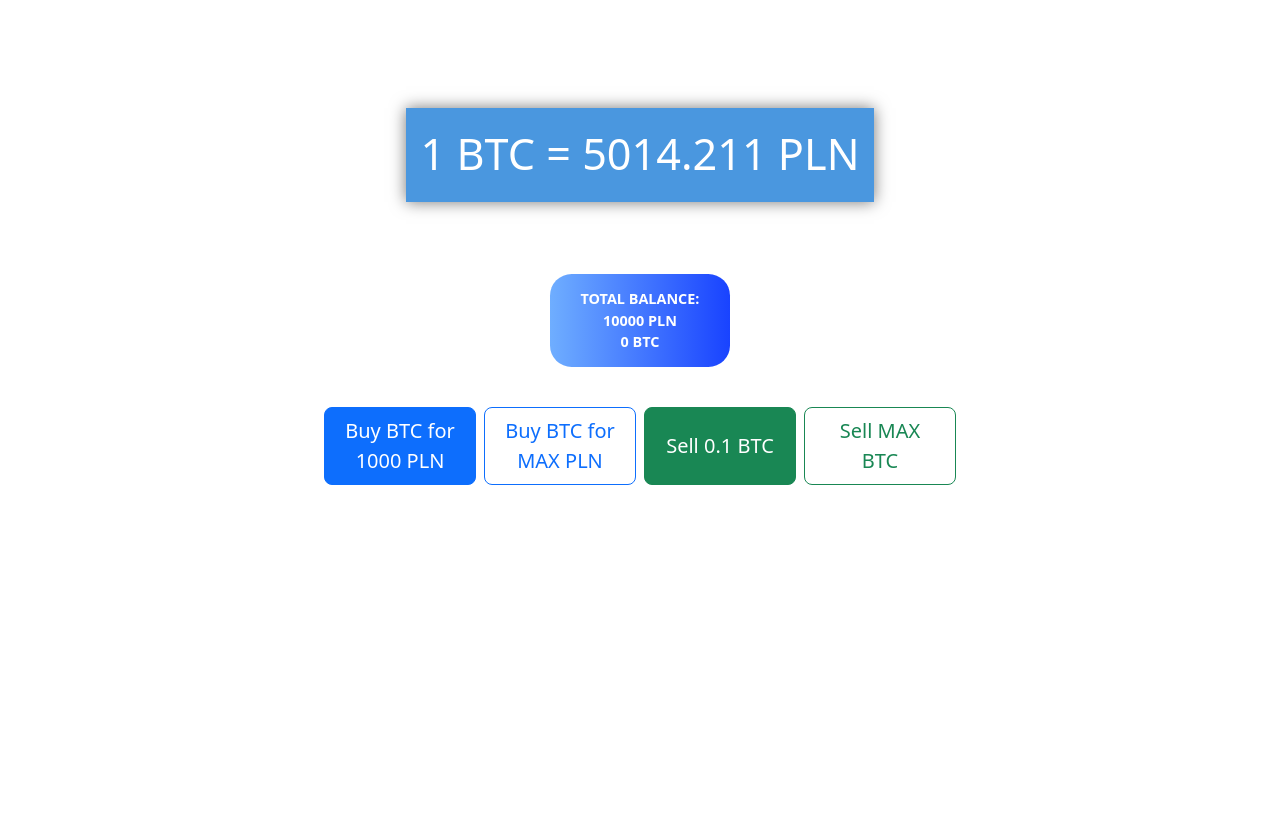
Repository: michalgornicki/bitcoin-virtual
Page: /
These files come from the project's save history. The page is drawn as it stood at one moment and after a run of saves; the edit follows.
The browser window is 1280 px wide. The pictures show the whole page.
The project was rebuilt for these pictures with package versions that can differ from the ones it lists, and the page was loaded fresh each time.

Above is the page before, as saved 2021-12-05 22:56:46.

### src/App.jsx
import React, { useState, useEffect } from "react";
import "./App.css";
import Button from "react-bootstrap/Button";
import "bootstrap/dist/css/bootstrap.min.css";

function App() {
  const [bitcoinPrice, setBitcoinPrice] = useState(5000);
  const [accountPLN, setAccountPLN] = useState(10000);
  const [accountBTC, setAccountBTC] = useState(0);

  const bitcoin = () => {
    let randomNumber = parseFloat((Math.random() * 20 - 10).toFixed(3));
    setBitcoinPrice((bitcoinPrice) =>
      parseFloat((bitcoinPrice + randomNumber).toFixed(3))
    );
    console.log(bitcoinPrice);

    setTimeout(bitcoin, 1000);
  };

  const buyBitcoin = () => {
    if (accountPLN >= 1000) {
      setAccountPLN(accountPLN - 1000);
      setAccountBTC((accountBTC) =>
        parseFloat((accountBTC + 1000 / bitcoinPrice).toFixed(6))
      );
      console.log(accountBTC);
    } else {
      setAccountPLN(0);
      setAccountBTC((accountBTC) =>
        parseFloat((accountBTC + accountPLN / bitcoinPrice).toFixed(6))
      );
    }
  };

  const buyMAXBitcoin = () => {
      setAccountPLN(0);
      setAccountBTC((accountBTC) =>
        parseFloat((accountBTC + accountPLN/bitcoinPrice).toFixed(6))
      );
      console.log(accountBTC);
  };

  const sellBitcoin = () => {
    if (accountBTC >= 0.1) {
      setAccountPLN(parseFloat((accountPLN + bitcoinPrice / 10).toFixed(6)));
      setAccountBTC((accountBTC) => parseFloat((accountBTC - 0.1).toFixed(6)));
      console.log(accountBTC);
    } else {
      setAccountPLN(
        parseFloat((accountPLN + bitcoinPrice * accountBTC).toFixed(6))
      );
      setAccountBTC((accountBTC) => parseFloat((0).toFixed(6)));
    }
  };

  const sellMAXBitcoin = () => {
      setAccountPLN(parseFloat((accountPLN + bitcoinPrice*accountBTC).toFixed(6)));
      setAccountBTC(0);
      console.log(accountBTC);
  };

  useEffect(() => {
    bitcoin();
  }, []);

  return (
    <div className="wrapper">
      <div className="price">1 BTC = {bitcoinPrice} PLN</div>
      <div className="account-container">
        <div className="account">TOTAL BALANCE:</div>
        <div className="account">{accountPLN} PLN</div>
        <div className="account">{accountBTC} BTC</div>
      </div>

      <div className="button-container w-50 m-auto">
        <Button variant="primary m-1 btn-lg w-50" onClick={buyBitcoin}>
          Buy BTC for 1000 PLN
        </Button>
        <Button variant="outline-primary m-1 btn-lg w-50" onClick={buyMAXBitcoin}>
          Buy BTC for MAX PLN
        </Button>
        <Button variant="success m-1 btn-lg w-50" onClick={sellBitcoin}>
          Sell 0.1 BTC
        </Button>
        <Button variant="outline-success m-1 btn-lg w-50" onClick={sellMAXBitcoin}>
          Sell MAX BTC
        </Button>
      </div>
    </div>
  );
}

export default App;

### src/App.css

body{
    font-family:'Segoe UI', Tahoma, Geneva, Verdana, sans-serif;
    user-select: none;
}

.wrapper{
    height: 100vh;
    display: block;
    margin: auto;
}

.price{
    font-size: 6vmin;
    display: block;
    margin: auto;
    margin-top: 15vmin;
    padding: 2vmin;
    text-align: center;
    width: fit-content;
    color: rgb(255, 255, 255);
    background-color: rgb(74, 151, 223);
    box-shadow: 0px 0px 15px rgb(119, 119, 119);
}

.account-container{
    display: block;
    margin: auto;
    margin-top: 10vmin;
    margin-bottom: 5vmin;
    background: linear-gradient(to left, rgb(25, 67, 255), rgb(111, 174, 255));
    color: white;
    padding: 2vmin;
    border-radius: 3vmin;
    width: 14%;
}

.account{
    font-size: 2vmin;
    font-weight: 600;
    display: block;
    margin: auto;
    text-align: center;
}

.button-container{
    display: flex;
    justify-content: center;
}

.button{
    height: 10vmin;
    width: 10vmin;
    background-color: green;
    color: white;
    text-align: center;
    display: block;
    margin: 2vmin;
    margin-top: 10vmin;
    cursor: pointer;
}

Loaded but not shown: public/index.html (common file); src/index.js (common file); src/index.css (common file); src/reportWebVitals.js (common file)

After the next 4 saves:
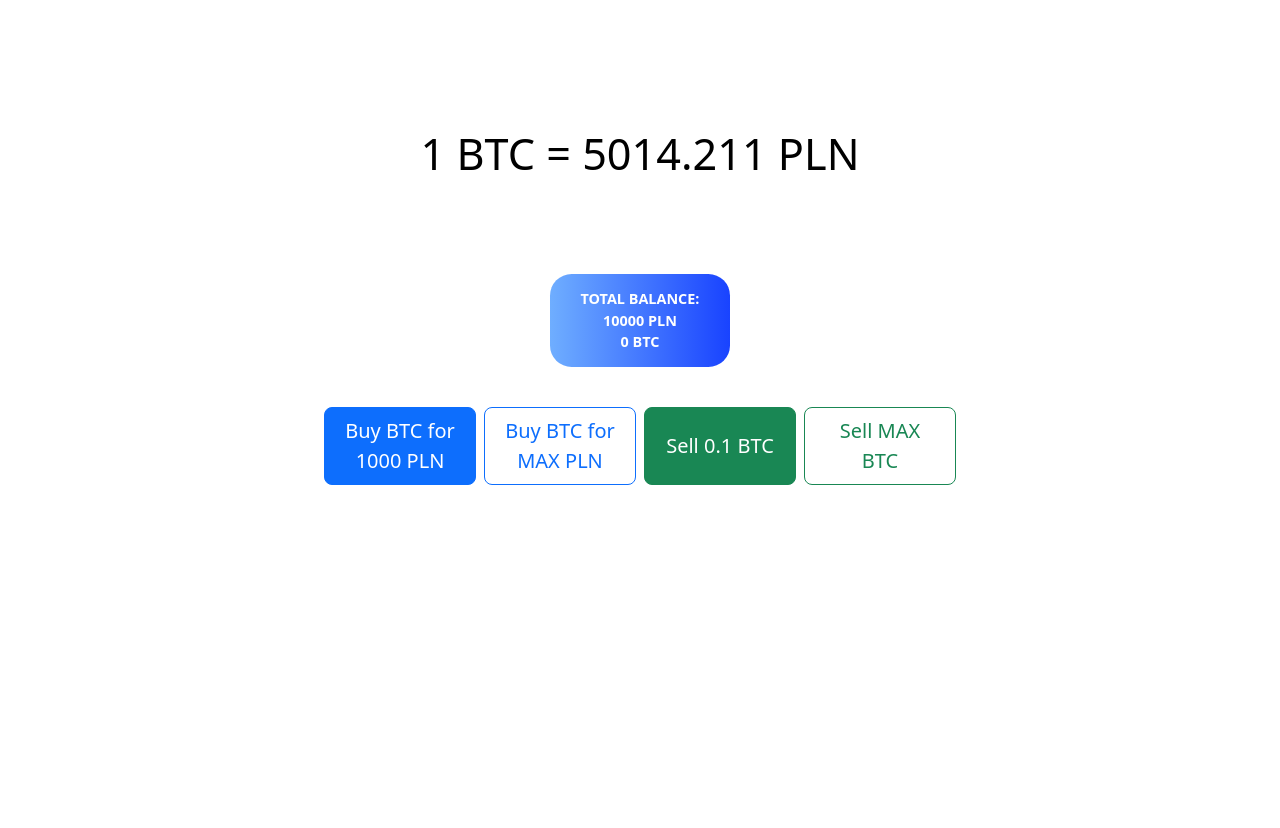
The 4 saves are shown as one change because they came seconds apart.
The last was saved 10 s later.
--- a/src/App.css
+++ b/src/App.css
@@ -18,9 +18,7 @@ body{
     padding: 2vmin;
     text-align: center;
     width: fit-content;
-    color: rgb(255, 255, 255);
-    background-color: rgb(74, 151, 223);
-    box-shadow: 0px 0px 15px rgb(119, 119, 119);
+    color: rgb(0, 0, 0);
 }
 
 .account-container{
